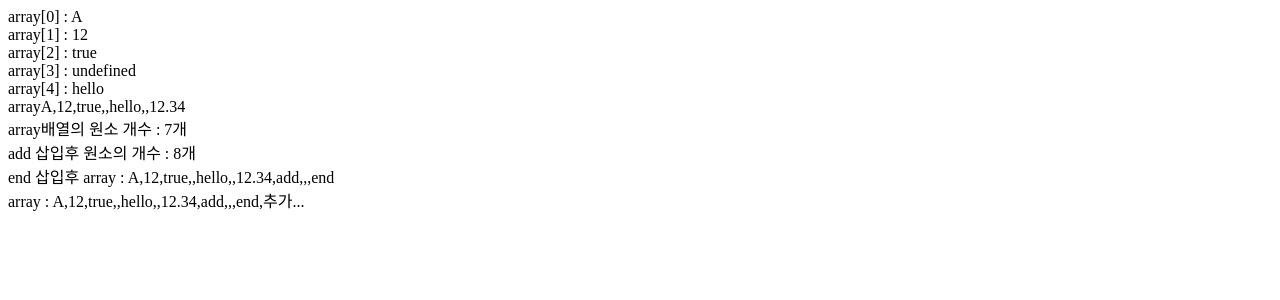
Repository: dhfkdlxm/Lecture-Web
Page: Lecture-Web/WebContent/javascript/array/exam01.html
These files come from the project's save history. The page is drawn as it stood at one moment and after the next save; the edit follows.
The browser window is 1280 px wide. The pictures show the whole page.

Above is the page before, as saved 2021-06-14 00:24:27.

After the next save:
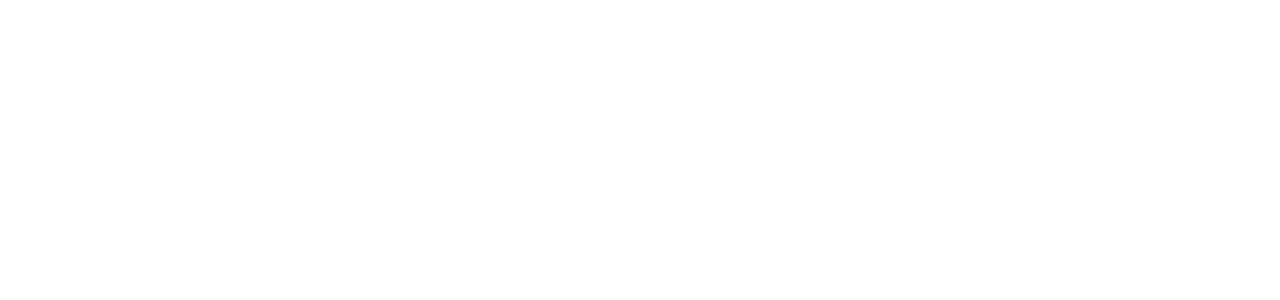
Console error: SyntaxError: missing ) after argument list
Saved 50 s later.
--- a/Lecture-Web/WebContent/javascript/array/exam01.html
+++ b/Lecture-Web/WebContent/javascript/array/exam01.html
@@ -27,6 +27,7 @@
 	array[array.length] = '추가...'
 
 	document.write('array : ' +  array + '<br>')
+	array.push(' cncnrk...'
 </script>
 </head>
 <body>

After the 2 saves that followed:
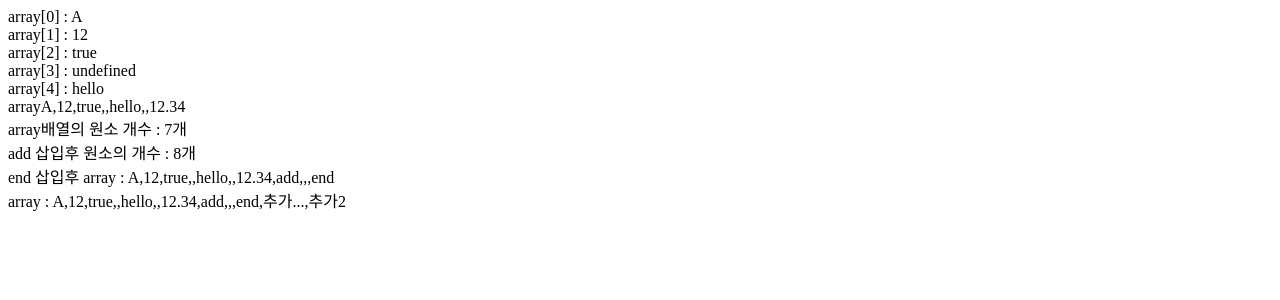
The error is gone.
The 2 saves are shown as one change because 1 left the picture as it was.
The last was saved 16 s later.
--- a/Lecture-Web/WebContent/javascript/array/exam01.html
+++ b/Lecture-Web/WebContent/javascript/array/exam01.html
@@ -4,7 +4,7 @@
 <meta charset="UTF-8">
 <title>Insert title here</title>
 <script>
-	var array = ['A', 12, true, undefined, 'hello', null, 12.34]
+	var array = [ 'A', 12, true, undefined, 'hello', null, 12.34 ]
 
 	document.write('array[0] : ' + array[0] + '<br>')
 	document.write('array[1] : ' + array[1] + '<br>')
@@ -12,22 +12,20 @@
 	document.write('array[3] : ' + array[3] + '<br>')
 	document.write('array[4] : ' + array[4] + '<br>')
 
-	document.write('array'+ array + '<br>')
+	document.write('array' + array + '<br>')
 
-	document.write('array배열의 원소 개수 : ' +  array.length + '개<br>')
+	document.write('array배열의 원소 개수 : ' + array.length + '개<br>')
 
 	array[7] = 'add'
-	document.write('add 삽입후 원소의 개수 : ' + array.length +  '개<br>')
+	document.write('add 삽입후 원소의 개수 : ' + array.length + '개<br>')
 
 	array[10] = 'end'
 
 	document.write('end 삽입후  array : ' + array + '<br>')
 
-
 	array[array.length] = '추가...'
-
-	document.write('array : ' +  array + '<br>')
-	array.push(' cncnrk...'
+	array.push('추가2')
+	document.write('array : ' + array + '<br>')
 </script>
 </head>
 <body>
